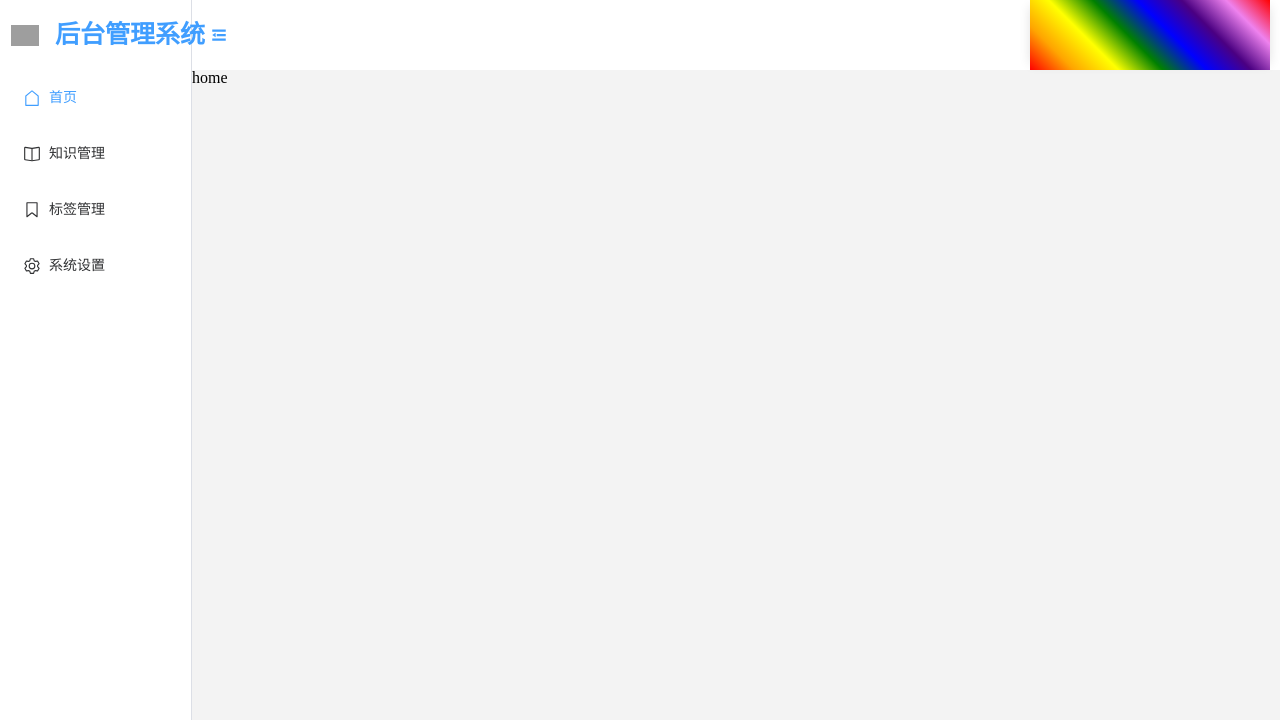
Repository: serrrN/admin
Page: /
The author's editor kept a copy of each file at every save. The page is drawn from the files as they stood at one save, then again after the next save.
The browser window is 1280 px wide. The pictures show the whole page.
Pictures or frames that could not be fetched are drawn as grey boxes. The project was rebuilt for these pictures with package versions that can differ from the ones it lists, and the page was loaded fresh each time. Also part of the build but not shown: vite.config.ts, src/styles/index.scss.

Above is the page before, as saved 2024-06-05 16:19:42.

### src/main.ts
import { createApp } from 'vue'
import App from './App.vue'
import ElementPlus from 'element-plus'
import zhCn from 'element-plus/es/locale/lang/zh-cn'
import * as ElementPlusIconsVue from '@element-plus/icons-vue'
import router from './router'
import 'reset-css'
import './styles/index.scss'
import pinia from '@/store/index'
const app = createApp(App)
for (const [key, component] of Object.entries(ElementPlusIconsVue)) {
  app.component(key, component)
}
app.use(pinia)
app.use(ElementPlus, { locale: zhCn })
app.use(router)
app.mount('#app')

### src/App.vue
<script setup lang="ts"></script>

<template>
  <router-view></router-view>
</template>

<style>
* {
  box-sizing: border-box;
}
#app,
html,
body {
  width: 100%;
  height: 100%;
}
</style>

### src/router/index.ts
import { createRouter, createWebHistory } from 'vue-router'
import routes from './routes'
const router = createRouter({
  history: createWebHistory(),
  routes,
})
export default router

### src/router/routes.ts
const routes = [
  {
    path: '/',
    name: 'home',
    redirect: '/home',
    component: () => import('@/layout/index.vue'),
    children: [
      {
        path: '/home',
        component: () => import('@/views/home/index.vue'),
      },
      {
        path: '/knowledgeManage',
        component: () => import('@/views/knowledgeManage/index.vue'),
      },
      {
        path: '/tagManage',
        component: () => import('@/views/tagManage/index.vue'),
      },
      {
        path: "/systemSetting",
        component:()=>import("@/views/systemSetting/index.vue")
      }
    ],
  },
]

export default routes

### src/styles/variable.scss
//主题色
$theme-color:rgb(64, 158, 255);

// 布局容器左边宽度
$layout-container-left-max-width:15%;

// 布局容器左边塌陷后宽度
$layout-container-left-min-width:3.79%;

// 布局容器头部高度
$layout-container-header-height:70px;

### src/layout/index.vue
<template>
  <div class="layout-container">
    <div :class="systemStore.isCollapse?'left left-collapse':'left'" >
      <Menu />
    </div>
    <div :class="systemStore.isCollapse?'right right-collapse':'right'">
      <div class="header"><Header /></div>
      <div class="main"><Main/></div>
    </div>
  </div>
</template>

<script lang="ts" setup>
import Menu from './menu/index.vue'
import Header from './header/index.vue'
import Main from './main/index.vue'

import {useSystemStore} from "@/store/modules/system"
const systemStore = useSystemStore()
</script>

<style scoped lang="scss">
.layout-container {
  width: 100%;
  height: 100%;
  display: flex;
  background-color: #f3f3f3;
  .left {
    height: 100%;
    width: $layout-container-left-max-width;
    transition: all linear 0.5s;
  }
  .left-collapse{
    width:$layout-container-left-min-width;
  }
  .right {
    width: calc(100% - $layout-container-left-max-width);
    transition: all linear 0.5s;
    .header {
      width: 100%;
      height: $layout-container-header-height;
      display: flex;
      justify-content:flex-end;
      background-color: white;
    }
    .main {
      height: calc(100% - $layout-container-header-height);
      width: calc(100%);
    }
  }
  .right-collapse{
    width:calc(100% - $layout-container-left-min-width);
  }

}
</style>

### src/views/home/index.vue
<template>
home
</template>
<script setup lang="ts">

</script>
<style lang="scss" scoped>

</style>

### src/layout/menu/index.vue
<template>
  <el-menu
    default-active="home"
    :class="systemStore.isCollapse?'el-menu-vertical-collapse':'el-menu-vertical'"
    :collapse="systemStore.isCollapse"
    :router="true"
    collapse-transition
    @open="handleOpen"
    @close="handleClose"
  >
    <div class="header">
      <div class="manage-msg" v-show="!systemStore.isCollapse">
        <div class="logo-wrapped">
          <img src="/vite.svg" class="logo" alt="Vite logo" />
        </div>
        <div class="name">后台管理系统</div>
      </div>
      <div class="fold-icon-wrapped" @click="handleCollapse">
        <el-icon size="18" color="rgb(64, 158, 255)">
          <component :is="systemStore.isCollapse?'Expand':'Fold'"></component>
        </el-icon>
      </div>
    </div>

    <el-menu-item index="home">
      <el-icon><House /></el-icon>
      <template #title>首页</template>
    </el-menu-item>
    <el-menu-item index="knowledgeManage">
      <el-icon><reading /></el-icon>
      <template #title>知识管理</template>
    </el-menu-item>
    <el-menu-item index="tagManage">
      <el-icon><CollectionTag /></el-icon>
      <template #title>标签管理</template>
    </el-menu-item>
    <el-menu-item index="systemSetting">
      <el-icon><setting /></el-icon>
      <template #title>系统设置</template>
    </el-menu-item>
  </el-menu>
</template>

<script lang="ts" setup>
import {useSystemStore} from "@/store/modules/system"
const systemStore = useSystemStore()

const handleOpen = (key: string, keyPath: string[]) => {
  console.log(key, keyPath)
}
const handleClose = (key: string, keyPath: string[]) => {
  console.log(key, keyPath)
}
const handleCollapse = () => {
  systemStore.isCollapse = !systemStore.isCollapse

}
</script>

<style lang="scss" scoped>
.el-menu {
  height: 100%;
  // 管理系统菜单头部(展示名字和logo)
  .header {
    display: flex;
    height: 70px;
    line-height: 70px;
    justify-content: space-between;
    transition: all 1s;
    //管理系统信息
    .manage-msg {
      display: flex;
      // logo容器
      .logo-wrapped {
        line-height: 50px;
        height: 100%;
        display: flex;
        align-items: center;
        justify-content: center;
        width: 50px;
        .logo {
          width: 28px;
        }
      }
      // 管理系统名称
      .name {
        text-align: center;
        font-size: 25px;
        width: 160px;
        color: $theme-color;
        font-weight: 600;
      }
    }

    // 折叠图标容器
    .fold-icon-wrapped {
      width: 100%;
      display: flex;
      align-items: center;
      justify-content: center;
    }
  }

  //菜单名称
  .el-menu-item span {
    color: rgb(48, 49, 51);
    font-weight: 400;
    font-size: 17px;
    line-height: 56px;
    font-family: 'Helvetica Neue', Helvetica, 'PingFang SC', 'Hiragino';
  }
}
// 菜单不处于塌陷状态
.el-menu-vertical:not(.el-menu--collapse) {
  width: 100%;
  min-height: 100%;
  min-width: 20%;
}


</style>

### src/layout/header/index.vue
<template>
  <Menu/>
</template>
<script setup lang="ts">
// import Tabs from './tabs/index.vue'
import Menu from './menu/index.vue'
</script>
<style lang="scss" scoped></style>

### src/layout/main/index.vue
<template>
  <router-view></router-view>
</template>
<script setup lang="ts"></script>
<style lang="scss" scoped></style>

### src/store/modules/system.ts
import { defineStore } from 'pinia'
import { ref } from 'vue'
export const useSystemStore = defineStore('system', () => {
  const isCollapse = ref(false)

  return { isCollapse }
})

### src/layout/header/menu/index.vue
<template>
  <div class="header-menu">
    <el-card style="width: 240px">hover</el-card>
    <div class="border"></div>
  </div>
</template>
<script setup lang="ts"></script>
<style lang="scss" scoped>
.header-menu {
  display: flex;
  justify-content: center;
  align-items: center;
  margin-right: 10px;
  cursor: pointer;
  position: relative;
  .border {
    background: linear-gradient(
      45deg,
      red,
      orange,
      yellow,
      green,
      blue,
      indigo,
      violet,
      red
    );
    width: 100%;
    height: 100%;
    position: absolute;
    z-index: 5;
  }
}
</style>

Loaded but not shown: index.html (common file); src/store/index.ts (common file)

After the next save:
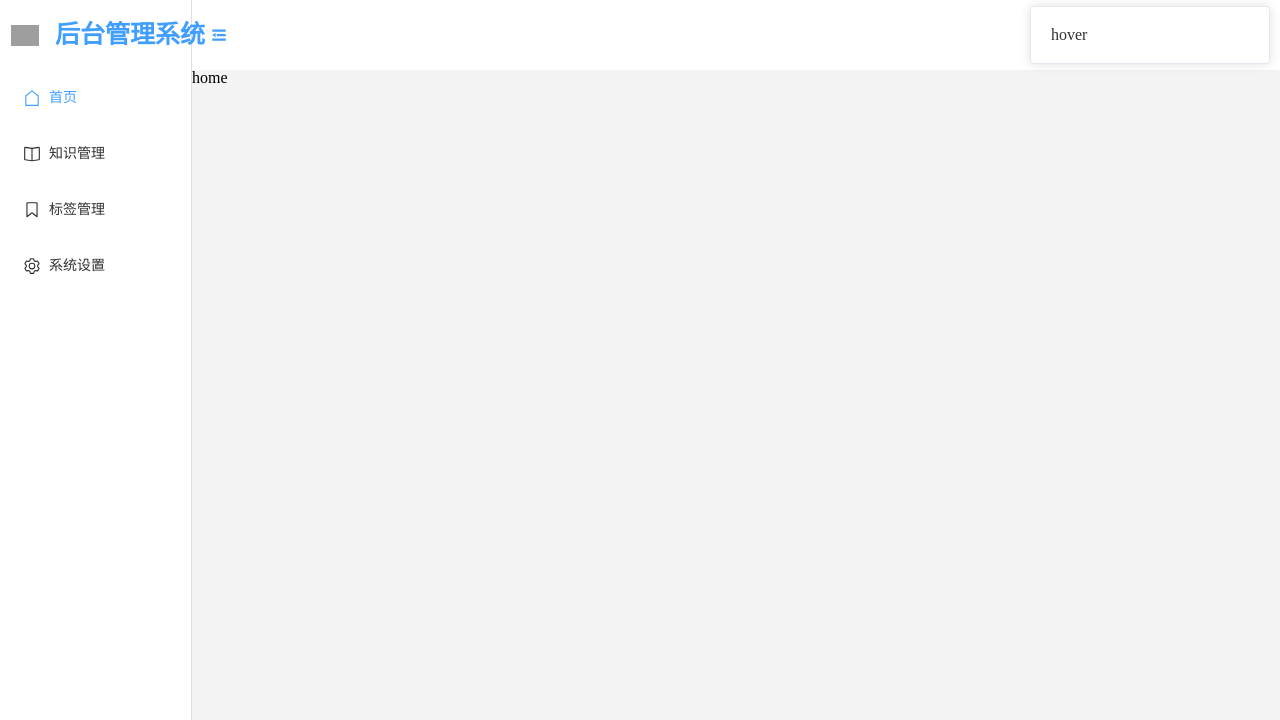
Saved 9 s later.
--- a/src/layout/header/menu/index.vue
+++ b/src/layout/header/menu/index.vue
@@ -28,7 +28,7 @@
     width: 100%;
     height: 100%;
     position: absolute;
-    z-index: 5;
+    z-index: -1;
   }
 }
 </style>

After the 2 saves that followed:
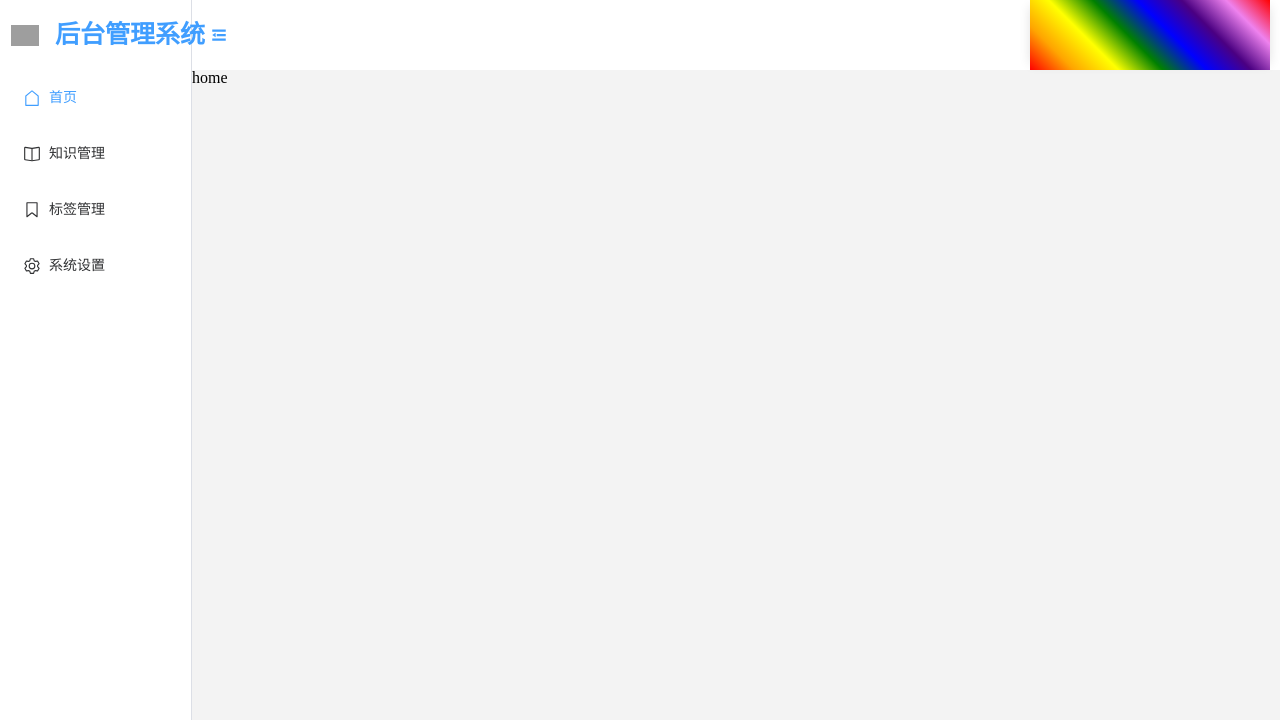
The 2 saves are shown as one change because 1 left the picture as it was.
The last was saved 38 s later.
--- a/src/layout/header/menu/index.vue
+++ b/src/layout/header/menu/index.vue
@@ -27,8 +27,19 @@
     );
     width: 100%;
     height: 100%;
+    border: 1px solid  linear-gradient(
+      45deg,
+      red,
+      orange,
+      yellow,
+      green,
+      blue,
+      indigo,
+      violet,
+      red
+    );
     position: absolute;
-    z-index: -1;
+    z-index: 1;
   }
 }
 </style>
